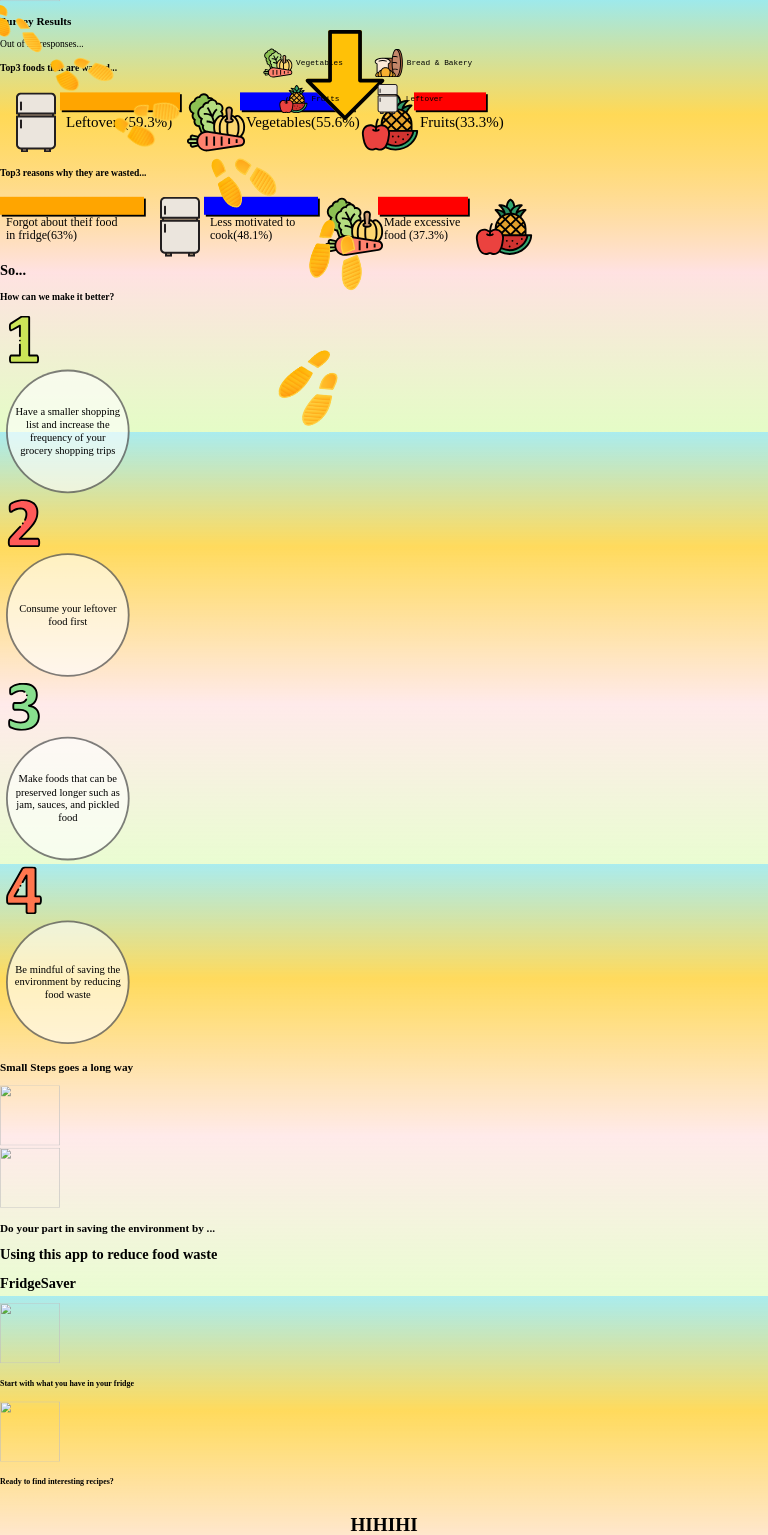
Repository: iorid3/Midterm
Page: index.html
The author's editor kept a copy of each file at every save. The page is drawn from the files as they stood at one save, then again after the next save.
The browser window is 1280 px wide. The pictures show the whole page, at 60% of full size.

Above is the page before, as saved 2021-03-09 11:17:30.

### index.html
<!DOCTYPE html>
<html>
    <head>
       <title>Mid term</title>
        <link href= "./index.css"  rel ="stylesheet" type = "text/css" >
    </head>
<body>
   <div id = "main">

        <div class = "section1">
            <div><h1> How Food Waste Impacts Our World</h1></div>
            <div><img src ="./Images/earth crying.svg"/></div>
            <div class = "comp1"></div>
            <div class = "comp2"></div>
            <div class = "comp5"></div>
        </div>

        <div class = "section2">
            <div><h2>DId you know that...</h2></div>
            <div class ="comp3_1"></div>
            <div class ="comp3_2"></div>
            <div class ="comp3_3"></div>
            <div class ="comp3_4"></div>
            <div class = "comp1"></div>

            <div class = "flag"><img src = ""></div>
            <div><h3>Most Common Foods Thrown out by Canadians</h3></div>
               <div class = "container1">
                    <div class ="comp4_1"></div>
                    <div class ="comp4_2"></div>
                    <div class ="comp4_3"></div>
                    <div class ="comp4_4"></div>
                </div>

            <div class = "comp5"></div>
            <div><h3>In Canada, entirely, that is almost 2.2 million tonnes of food wasted</h3></div>
            <div><img src = ""></div>
        </div>

        <div class = "section3">
            <div><h2>How does food waste contribute to carbon foodprint?</h2></div>
            <div><img src = ""></div>

            <div class = "comp6"></div>
            <div class = "comp6"></div>
            <div class = "comp6"></div>
            <div class = "comp6"></div>

                <div class = "container2">
                    <div><img src = ""></div>
                    <div><img src = ""></div>
                    <div><img src = ""></div>
                </div>

            <div class = "comp6"></div>


        </div>


        <div class = "section4">
            <div class = "container3">
               <div><img src = ""></div>
               <div><h3>Survey Results</h3></div>
               <div>Out of 27 responses...</div>
            </div>


            <div class ="comp2"></div>
            <div><h4>Top3 foods that are wasted...</h4></div>
            <div class = "container4">
                <div class = "comp7"></div>
                <div class = "comp7"></div>
                <div class = "comp7"></div>
            </div>

            <div><h4>Top3 reasons why they are wasted...</h4></div>
            <div class = "container5">
                <div class = "comp8"></div>
                <div class = "comp8"></div>
                <div class = "comp8"></div>
            </div>



            <div><h2>So...</h2></div>

            <div><h4>How can we make it better?</h4></div>
            <div class = "container6">
                <div class ="comp9"></div>
                <div class ="comp9"></div>
                <div class ="comp9"></div>
                <div class ="comp9"></div>
            </div>
        </div>

        <div class = "section5">

            <div><h3>Small Steps goes a long way</h3></div>
            <div class = "comp10"></div>
            <div class = "comp10"></div>
            <div class = "comp10"></div>
            <div class = "comp10"></div>
            <div class = "comp10"></div>
            <div class = "comp10"></div>

            <div><img src = ""></div>
            <div><img src = ""></div>

            <div class = "comp5"></div>
            <div><h3>Do your part in saving the environment by ...</h3></div>
            <div><h2>Using this app to reduce food waste</h2></div>
            <div><h2>FridgeSaver</h2></div>
            <div><img src =""></div>
            <div class = "comp5"></div>
            <div><h5>Start with what you have in your fridge</h5></div>

            <div><img src =""></div>
            <div><h5>Ready to find interesting recipes?</h5></div>



        </div>

    <h1>HIHIHI</h1>



       <!-- <div class = "col left">
           <div class = "row top">
               <div class = "shake"></div>
           </div>
           <div class = "row mid">
               <div class = "rank1"></div>
               <div class = "rank2"></div>
           </div> -->
    </div>

<script src = ./Comps/comp1/index.js></script>
<script src = ./Comps/comp2/index.js></script>
<script src = ./Comps/comp3/index.js></script>
<script src = ./Comps/comp4/index.js></script>
<script src = ./Comps/comp5/index.js></script>
<script src = ./Comps/comp6/index.js></script>
<script src = ./Comps/comp7/index.js></script>
<script src = ./Comps/comp8/index.js></script>
<script src = ./Comps/comp9/index.js></script>
<script src = ./Comps/comp10/index.js></script>

<script src = ./index.js></script>
</body>
</html>

### index.css
html,body{
    margin:0;
    background: linear-gradient(180deg, rgba(156, 233, 235, 0.86) 0%, rgba(255, 217, 86, 0.96) 26.56%, rgba(255, 220, 220, 0.6) 63.02%, rgba(227, 252, 195, 0.76) 100%);
    mix-blend-mode: normal;
}
#main{
    width:100vw;
    height:100vh;
    display:flex;
    flex-direction: column;
    align-items: center;
    justify-content: center;
}

.section1{
    width: 100%;
    height:20%;
}

.section,img{
    width:100px;
    height:100px;
}

.section2{
    width: 100%;
    flex-grow:1;
}

.section3{
    width: 100%;
    flex-grow:1;
}

.section4{
    width: 100%;
    flex-grow:2;
}


.section5{
    width: 100%;
    flex-grow:2;
}

### Comps/comp1/index.js
function Comp1UI(url="Images/confusion.png", size ="10px", font= "Poppins", text="text"){
    return `<div style='
            width: 100vw;
            height: 30vh;
            display: inline-flex;
            justify-content: center;
            align-items: center;
            transition: opacity 1s;
            opacity: 0.25;
            position:absolute;
        '
        onclick='Comp1UI.HandleClick(this)'
        >

        <img style='
            display: inline-flex;
            width: 200px;
            position: relative;
            left: 140px;
            top: 60px;
        'src="${url}" />

        <div>
            <img style='
                display: inline-flex;
                position: relative;
                width: 500px;
                left: 100px;
                bottom: 10px;
            'src="Images/chat.svg" />

            <div style='
                display: inline-flex;
                position: relative;
                bottom: 280px;
                right: 265px;
                font-size: ${size};
                font-weight: bold;
                font-family: ${font};
            '> ${text}</div>
        </div>
    </div>`
}

Comp1UI.HandleClick = (el) => {
    el.style.opacity = 1;
}

### Comps/comp2/index.js
function Comp2UI(url="Images/confusion.png", size ="10px", font= "Poppins", text="text"){
    return `<div style='
        width: 100vw;
        height: 30vh;
        display: inline-flex;
        justify-content: center;
        align-items: center;
        transition: opacity 1s;
        opacity: 0.25;
        position:absolute;
    '
    onclick='Comp1UI.HandleClick(this)'
    >

        <img style='
            display: inline-flex;
            width: 200px;
            position: relative;
            left: 500px;
            top:60px;
        ' src="${url}"/>

        <div>
            <img style='
                display: inline-flex;
                position: relative;
                width: 500px;
                right: 200px;
                bottom: 10px;
                transform: rotateY(180deg)
            ' src="Images/chat2.svg" />

            <div style='
                display: inline-flex;
                position: relative;
                bottom: 280px;
                right: 560px;
                font-size: ${size};
                font-weight: bold;
                font-family: ${font};
            ' >${text}</div>
        </div>
    </div>`
}

Comp2UI.HandleClick = (el) => {
    el.style.opacity = 1;
}

### Comps/comp3/index.js
function Comp3UI(Text='Average Canadian wastes 140kg of food in a year', url='https://placekitten.com/400/400') {
    return `
        <div style='
            display: inline-flex;
            align-items: center;
            justify-content: center;

            transition-property: transform;
            transition-duration: 1s;
            transition-timing-function: ease-in-out;
            transition-delay: 1s;

        '>
            <div style='
                flex-basis: 200px;
                text-align: center;
                padding-right: 10px;
                font-family: monospace;


            '
            >${Text}</div>

            <div style='
                width: 100px;
                height: 100px;
            '
            // onclick='Comp3UI.HandleClick(this)'
            >
                <img  style='
                    width: 100%;
                    height: 100%;
                    object-fit: cover;
                '
                src='${url}' />
        </div>
    `
}

// Comp3UI.HandleClick = (el) => {
//     el.style.top = "110%";
// }


// export const Comp3 = Comp3UI();

### Comps/comp4/index.js
function Comp4UI(url='https://placekitten.com/300/300',text='Bread & Bakery',x='0',y='0') {
    return `
        <div style='
            display: flex;
            flex-direction: row;
            align-item: center;
            justify-content: center;
            width: 250px;
            height: 50px;
            margin: 10px;
            position: absolute;
            top: ${x}px;
            left: ${y}px;

            animation-name: bouncing;
            animation-duration: 1.5s;
            animation-direction: alternate;
            animation-iteration-count: infinite;
            animation-delay: 2s;



        '
        >
            <div style='
                width: 50px;
                height: 50px;
            '>
                <img style='
                    width: 100%;
                    height: 100%;
                    object-fit: cover;
                '
                src='${url}' />
            </div>
            <div style='
            font-family: monospace;
            text-align: center;
            padding-top: 18px;
            padding-left: 5px;
            '
            >${text}</div>
        </div>
    `
}




// export const Comp4 = Comp4UI();

### Comps/comp5/index.js
function Comp5UI(x='0', y='0', url='https://placekitten.com/300/300') {
    return `
        <div style='
            width: 150px;
            height: 150px;
            position: absolute;
            top: ${x}px;
            left: ${y}px;

        '
        >
            <img style='
                width: 100%;
                height: 100%;
                object-fit: cover;

                animation-name: bounce;
                animation-duration: 1s;
                animation-direction: alternate;
                animation-iteration-count: infinite;

            '
            src='${url}' />


        </div>

    `
}

// export const Comp5 = Comp5UI();

### Comps/comp6/index.js
function Carboncomp(text =" 7% of greenhouse gases produced globally are due to preventable food waste", url= "images/factory.svg"){
    return `<div style = "
                          display:inline-flex;
                          ">
                         <div style = "display:flex;
                         padding:10px;">
                         <img style ="
                          width:100px;
                          height:100px;
                         " src  = "${url}"></div>
                         <div style ="
                         display:flex;
                         padding:10px;"><p>${text}</p></div>

            </div>`

}

### Comps/comp7/index.js
function Graphcomp(url ="images/vegetable.svg",text ="Leftovers(59.3%)",color ="pink",width ="200px" ){
    return `<div style = "
                          display:inline-flex;
                          align-items:flex-start;
                          justify-content:flex-start;
                          ">
                            <div style = "display:flex;
                            padding:10px;
                            width:80px;
                            height:80px;
                            ">
                            <img src  = "${url}"></div>
                            <div class = "graph"
                            style ="
                            width:${width};
                            height:30px;
                            margin-top:10px;
                            background-color:${color};
                            box-shadow: 3px 3px ;
                            transition:background-color,1s,box-shadow, 1s;"
                            onmouseover = "Graphcomp.HandleMouseover(this)">
                            <div style ="
                            display:flex;
                            padding:10px;
                            font-size:25px;"><p>${text}</p></div>
                            </div>



            </div>`


}

Graphcomp.HandleMouseover = (el)=>{
   el.style.boxShadow = "8px 8px";
//    el.style.width = "400px";
 }

### Comps/comp8/index.js
function Graphcomp2(url ="images/vegetable.svg",text ="Leftovers(59.3%)",color ="pink",width ="200px" ){
    return `<div style = "
                          display:inline-flex;
                          flex-direction:row;
                          justify-content:center;
                          ">
                            <div class = "graph"
                            style ="
                            display:flex;
                            width:${width};
                            height:30px;
                            margin-top:10px;
                            background-color:${color};
                            box-shadow: 3px 3px ;
                            transition:background-color,1s,box-shadow, 1s;"
                            onmouseover = "Graphcomp2.HandleMouseover(this)">
                            <div style ="
                            display:flex;
                            width:200px;
                            padding:10px;
                            font-size:20px;"><p>${text}</p></div>
                            </div>
                            <div style = "display:flex;
                            padding:10px;
                            width:80px;
                            height:80px;
                            ">
                            <img src  = "${url}"></div>




            </div>`


}

Graphcomp2.HandleMouseover = (el)=>{
//    el.style.backgroundColor  = "blue";
   el.style.boxShadow = "8px 8px";
//    el.style.width = "400px";
 }

### Comps/comp9/index.js
function Comp9UI(url="Images/1.svg", text="4 Ways to Make it Better") {
    return `
        <img style='
            width: 80px;
            height: 80px;
            transition: width 0.2s;
            transition-timing-function: ease-in-out;
            display: flex;
        justify-content: center;
        align-items: center;
        flex-wrap: wrap;
        '

        onmouseover='Comp9UI.HandleImageHover(this)'
        onmouseout='Comp9UI.HandleImageHoverOut(this)'

        src="${url}"/>

        <div style='
            width: 180px;
            height: 180px;
            margin: 10px;
            padding: 10px;
            background-color: rgba(255, 255, 255, 0.6);
            border: 3px solid rgba(0, 0, 0, 0.5);
            border-radius: 50%;
            display: flex;
            justify-content: center;
            align-items: center;
            font-size: 1.1em;
            line-height: 1.2em;
            text-align: center;
            transition: width 0.2s;
            transition-timing-function: ease-in-out;
        '
            onmouseover='Comp9UI.HandleHover(this)'
            onmouseout='Comp9UI.HandleHoverOut(this)'

        >${text}</div>

    `
}

Comp9UI.HandleImageHover = (el) => {
    el.style.width = "120px";
    el.style.height = "120px";
}

Comp9UI.HandleImageHoverOut = (el) => {
    el.style.width = "80px";
    el.style.height = "80px";
}

Comp9UI.HandleHover = (el) => {
    el.style.color = "#2E8B57";
    // el.style.width = "210px";
    // el.style.height = "210px";
    // el.style.fontSize = "1.4em";
}

Comp9UI.HandleHoverOut = (el) => {
    el.style.color = "#000000";
    // el.style.width = "180px";
    // el.style.height = "180px";
    // el.style.fontSize = "1.1em";
}
// export const comp9 = Comp9UI();

### Comps/comp10/index.js
function Comp10UI(w="55px", tdeg="120deg", top="0px", left="0px", anidelay="1s") {
    return `
    <img style='
        width: ${w};
        transform: rotate(${tdeg});
        position: absolute;
        top: ${top};
        left: ${left};

        animation-name: footsteps;
        animation-duration: 4s;
        animation-delay: ${anidelay};
        animation-iteration-count: infinite;

    'src="Images/footstep.png"/>

    `
}

// export const comp10 = Comp10UI();

### index.js
document.querySelector(".comp1").innerHTML += Comp1UI("./images/question.svg","25px", "Poppins", "What's the issue?");
document.querySelector(".comp2").innerHTML += Comp2UI("./images/professor.svg", "25px", "Poppins", "Good Question!");

//add claudia's componenets

document.querySelector(".comp3_1").innerHTML += Comp3UI('Average Canadian wastes 140kg of food in a year', 'Images/crowd.svg')
document.querySelector(".comp3_2").innerHTML += Comp3UI('That’s worth about $1,100 Canadian dollars', 'Images/plant.svg')
document.querySelector(".comp3_3").innerHTML += Comp3UI('About 63% of the food that is thrown away could be eaten or used', 'Images/garbage.svg')
document.querySelector(".comp3_4").innerHTML += Comp3UI('A single household waste approximately $100 per month', 'Images/family.svg')

document.querySelector(".comp4_1").innerHTML += Comp4UI('Images/vegetable.svg', 'Vegetables',70,370)
document.querySelector(".comp4_2").innerHTML += Comp4UI('Images/bread.svg', 'Bread & Bakery',70,570)
document.querySelector(".comp4_3").innerHTML += Comp4UI('Images/fruits.svg', 'Fruits',130,380)
document.querySelector(".comp4_4").innerHTML += Comp4UI('Images/fridge.svg', 'Leftover',130,545)

document.querySelector(".comp5").innerHTML += Comp5UI(50,500,'Images/down-arrow.svg')


document.querySelector(".comp9").innerHTML += Comp9UI("Images/1.svg", "Have a smaller shopping list and increase the frequency of your grocery shopping trips");
document.querySelector(".comp9").innerHTML += Comp9UI("Images/2.svg", "Consume your leftover food first");
document.querySelector(".comp9").innerHTML += Comp9UI("Images/3.svg", "Make foods that can be preserved longer such as jam, sauces, and pickled food");
document.querySelector(".comp9").innerHTML += Comp9UI("Images/4.svg", "Be mindful of saving the environment by reducing food waste");

document.querySelector(".comp10").innerHTML += Comp10UI("60px", "120deg", "0px", "0px", "1s");
document.querySelector(".comp10").innerHTML += Comp10UI("75px", "80deg", "70px", "100px", "1.5s");
document.querySelector(".comp10").innerHTML += Comp10UI("95px", "50deg", "150px", "200px", "2s");
document.querySelector(".comp10").innerHTML += Comp10UI("115px", "80deg", "250px", "350px", "2.5s");
document.querySelector(".comp10").innerHTML += Comp10UI("130px", "120deg", "380px", "500px", "3s");
document.querySelector(".comp10").innerHTML += Comp10UI("145px", "150deg", "600px", "450px", "3.5s");

document.querySelector(".comp6").innerHTML +=  Carboncomp();
document.querySelector(".comp6").innerHTML +=  Carboncomp(text = "Waste food that ends up in the landfill produces methane gas",url= "images/garbage.svg");
document.querySelector(".comp6").innerHTML +=  Carboncomp(text ="which 21x more potent than carbon dioxide. It may give serious damage to our society. ",url ="images/skull.svg" );
document.querySelector(".comp6").innerHTML +=  Carboncomp(text = "From the time we harvest foods, to processing,to distribution,to decomposition", url ="images/barn.svg");
document.querySelector(".comp6").innerHTML +=  Carboncomp();
document.querySelector(".comp7").innerHTML +=  Graphcomp("Images/fridge.svg",text ="Leftovers(59.3%)",color ="orange",width ="200px");
document.querySelector(".comp7").innerHTML +=  Graphcomp("Images/vegetable.svg",text ="Vegetables(55.6%)",color ="blue",width ="190px");
document.querySelector(".comp7").innerHTML +=  Graphcomp("Images/fruits.svg",text ="Fruits(33.3%)",color ="red",width ="120px");
document.querySelector(".comp8").innerHTML +=  Graphcomp2("Images/fridge.svg",text ="Forgot about theif food in fridge(63%)",color ="orange",width ="240px");
document.querySelector(".comp8").innerHTML +=  Graphcomp2("Images/vegetable.svg",text ="Less motivated to cook(48.1%)",color ="blue",width ="190px");
document.querySelector(".comp8").innerHTML +=  Graphcomp2("Images/fruits.svg",text ="Made excessive food (37.3%)",color ="red",width ="150px");

After the next save:
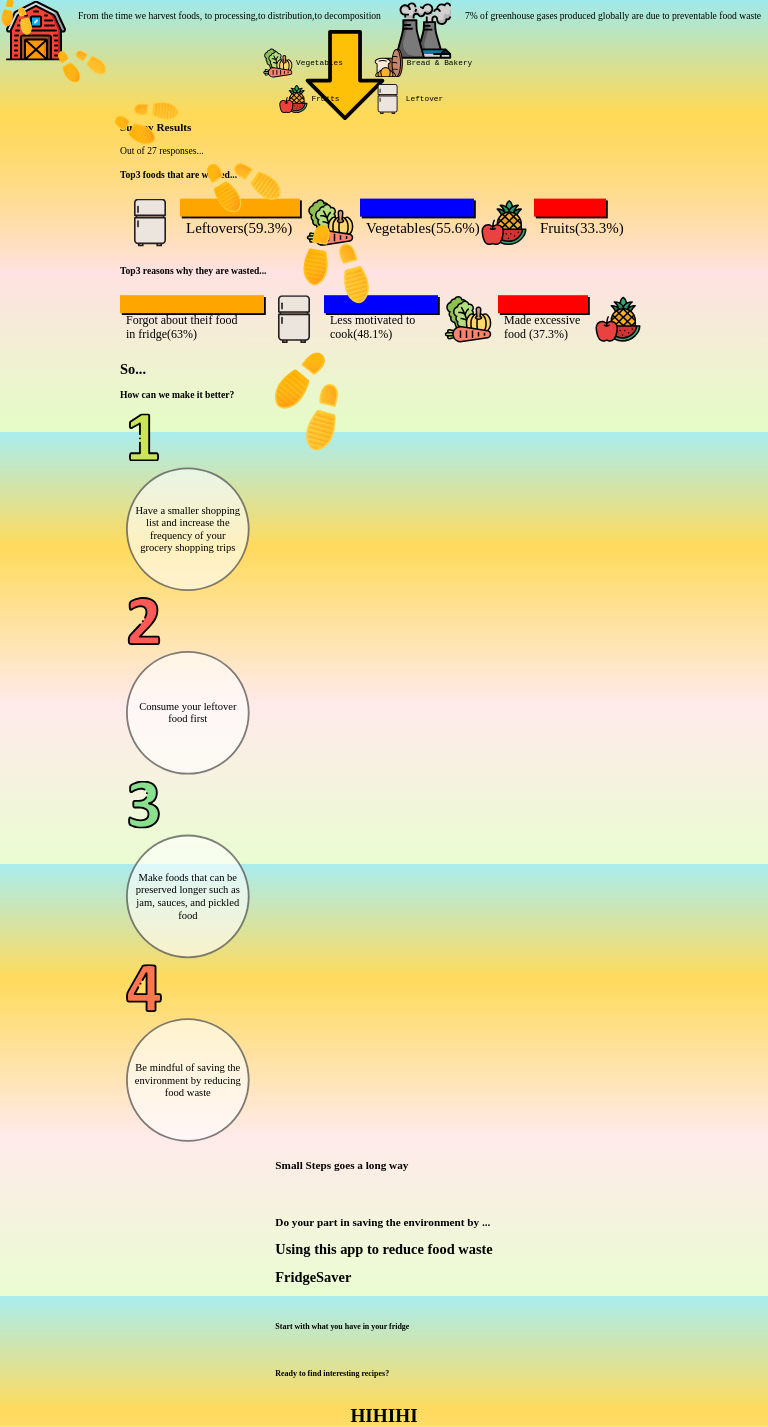
Saved 2 min 34 s later.
--- a/index.css
+++ b/index.css
@@ -13,32 +13,21 @@ html,body{
 }
 
 .section1{
-    width: 100%;
-    height:20%;
+
 }
 
-.section,img{
-    width:100px;
-    height:100px;
-}
 
 .section2{
-    width: 100%;
-    flex-grow:1;
+
 }
 
 .section3{
-    width: 100%;
-    flex-grow:1;
+
 }
 
 .section4{
-    width: 100%;
-    flex-grow:2;
 }
 
 
 .section5{
-    width: 100%;
-    flex-grow:2;
 }
